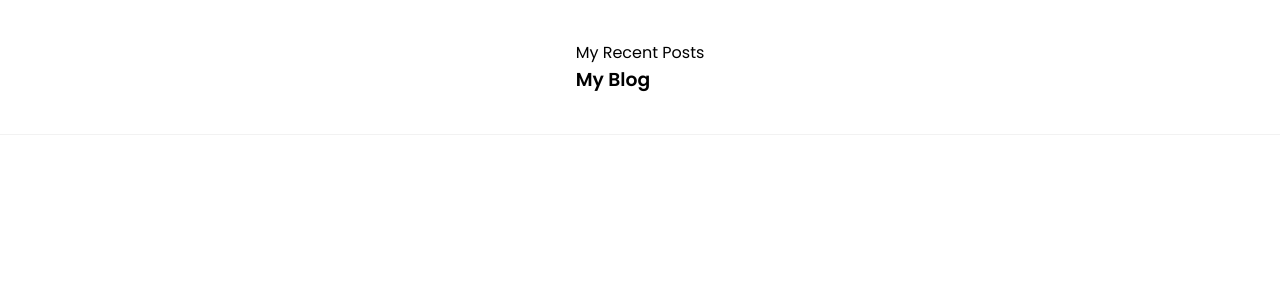
Repository: Tayma-Kazmouz/blog
Page: index.html
An editor plug-in stored every save of this project. The page is shown before and after a run of saves, followed by the edit.
The browser window is 1280 px wide. The pictures show the whole page.

Above is the page before, as saved 2022-04-02 11:49:30.

### index.html
<!DOCTYPE html>
<html lang="en">
<head>
    <meta charset="UTF-8">
    <meta http-equiv="X-UA-Compatible" content="IE=edge">
    <meta name="viewport" content="width=device-width, initial-scale=1.0">
    <title>My Blog</title>
    <link rel="stylesheet" href="styles.css">
    <link rel="preconnect" href="https://fonts.googleapis.com">
    <link rel="preconnect" href="https://fonts.gstatic.com" crossorigin>
    <link href="https://fonts.googleapis.com/css2?family=Poppins:wght@400;500;600&display=swap" rel="stylesheet">
    <link rel="shortcut icon" href="fav-icon.svg" type="image/x-icon">
</head>
<body>
    <!-- The Blog Section -->
    <section id="blog">
        <!-- Heading Part -->
        <div class="blog-heading">
            <span>My Recent Posts</span>
            <h3>My Blog</h3>
        </div>

    </section>
</body>
</html>

### styles.css
*{
    margin: 0px;
    padding: 0px;
    font-family: 'Poppins', sans-serif;
    box-sizing: border-box;
}

a{
    text-decoration: none;
}

ul{
    list-style: none;
}

body{
    margin: 0px;
    padding: 0px;
    font-family: 'Poppins', sans-serif;
}

/* Blog Section */
#blog{
    display: flex;
    justify-content: center;
    align-items: center;
    flex-direction: column;
    padding: 40px;
    border-bottom: 1px solid rgba(0, 0, 0, 0.05);
}

After the next 2 saves:
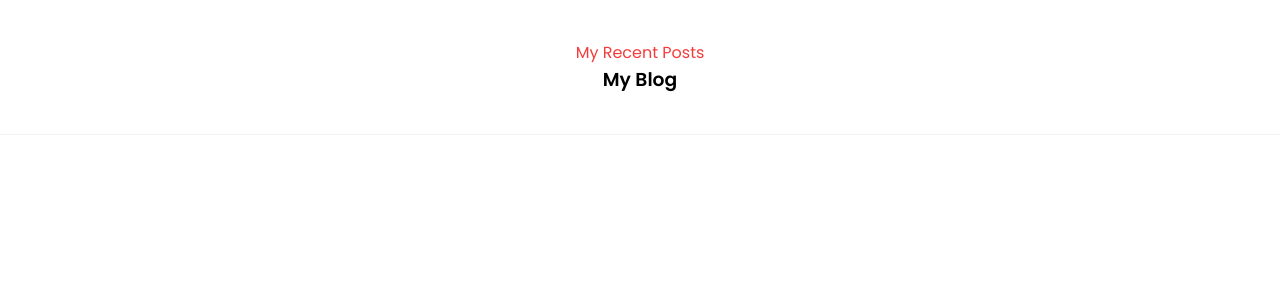
The 2 saves are shown as one change because they came seconds apart.
The last was saved 60 s later.
--- a/styles.css
+++ b/styles.css
@@ -28,3 +28,14 @@ body{
     padding: 40px;
     border-bottom: 1px solid rgba(0, 0, 0, 0.05);
 }
+
+.blog-heading{
+    display: flex;
+    justify-content: center;
+    align-items: center;
+    flex-direction: column;
+}
+
+.blog-heading span{
+    color: #F33C3C;
+}
